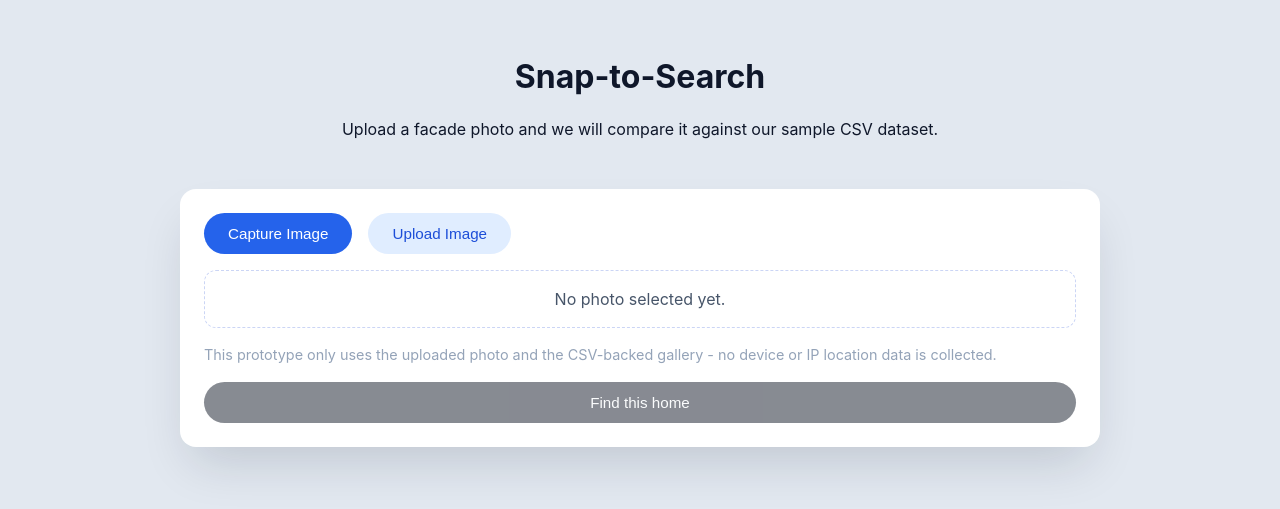
Repository: DeepthiD1/snap-to-search
Page: / (app in frontend/)
The author's editor kept a copy of each file at every save. The page is drawn from the files as they stood at one save, then again after the next save.
The browser window is 1280 px wide. The pictures show the whole page.
The page's requests for data from a server got no answer. The project was rebuilt for these pictures with package versions that can differ from the ones it lists, and the page was loaded fresh each time. No one was signed in, and anything a server would have sent is missing. Also part of the build but not shown: frontend/vite.config.ts.

Above is the page before, as saved 2026-01-06 15:33:48.

### frontend/src/index.css
* {
  box-sizing: border-box;
}

body {
  margin: 0;
  min-height: 100vh;
  background: #e2e8f0;
}

a {
  color: inherit;
}

img {
  display: block;
  max-width: 100%;
}

### frontend/src/App.tsx
import { useEffect, useMemo, useRef, useState } from 'react';
import './App.css';
import type { RankedMatchResult, SearchResponsePayload } from './types';

const API_BASE_URL = import.meta.env.VITE_API_BASE ?? 'http://localhost:4000';


interface UiState {
  loading: boolean;
  error?: string;
  info?: string;
}
interface DeviceLocation {
  latitude: number;
  longitude: number;
  accuracyMeters: number;
}


function App() {
  const sessionId = useMemo(() => self.crypto.randomUUID(), []);
  const uploadInputRef = useRef<HTMLInputElement>(null);
  const captureInputRef = useRef<HTMLInputElement>(null);
  const [deviceLocation, setDeviceLocation] = useState<DeviceLocation | null>(null);


  const [selectedFile, setSelectedFile] = useState<File | null>(null);
  const [previewUrl, setPreviewUrl] = useState<string | null>(null);
  const [uiState, setUiState] = useState<UiState>({ loading: false });
  const [matches, setMatches] = useState<RankedMatchResult[]>([]);
  const [candidateCount, setCandidateCount] = useState<number | null>(null);
  const [responseStatus, setResponseStatus] = useState<SearchResponsePayload['status'] | null>(null);
  const [nextActionToken, setNextActionToken] = useState<string | null>(null);

  useEffect(() => {
    return () => {
      if (previewUrl) {
        URL.revokeObjectURL(previewUrl);
      }
    };
  }, [previewUrl]);

  const resetResults = () => {
    setMatches([]);
    setCandidateCount(null);
    setResponseStatus(null);
    setNextActionToken(null);
  };

  const handleFileSelection = (file: File | null) => {
    resetResults();
    setUiState({ loading: false });

    if (!file) {
      if (previewUrl) {
        URL.revokeObjectURL(previewUrl);
      }
      setSelectedFile(null);
      setPreviewUrl(null);
      return;
    }

    setSelectedFile(file);
    const url = URL.createObjectURL(file);
    setPreviewUrl((prev) => {
      if (prev) URL.revokeObjectURL(prev);
      return url;
    });
  };
  const getDeviceLocation = () =>
  new Promise<DeviceLocation>((resolve, reject) => {
    if (!navigator.geolocation) {
      reject(new Error('Geolocation not supported'));
      return;
    }

    navigator.geolocation.getCurrentPosition(
      (pos) => {
        resolve({
          latitude: pos.coords.latitude,
          longitude: pos.coords.longitude,
          accuracyMeters: pos.coords.accuracy ?? 50,
        });
      },
      (err) => reject(err),
      { enableHighAccuracy: true, timeout: 8000, maximumAge: 60000 }
    );
  });


  const handleSubmit = async () => {
    if (!selectedFile) {
      return;
    }

    setMatches([]);
    setCandidateCount(null);
    setResponseStatus(null);
    setNextActionToken(null);
    setUiState({ loading: true, info: 'Comparing photo with dataset...' });

    try {
      let loc = deviceLocation;

if (!loc) {
  setUiState({ loading: true, info: 'Getting your location…' });
  try {
    loc = await getDeviceLocation();
    setDeviceLocation(loc);
    setUiState({ loading: true, info: 'Comparing photo with listings…' });

  } catch {
    setUiState({ loading: false, error: 'Please allow location access so we can search nearby listings.' });
    return;
  }
}

      const formData = new FormData();
      formData.append('photo', selectedFile, selectedFile.name || 'photo.jpg');
      formData.append('sessionId', sessionId);
      formData.append('deviceLatitude', String(loc.latitude));
formData.append('deviceLongitude', String(loc.longitude));
formData.append('deviceAccuracyMeters', String(loc.accuracyMeters));


      const response = await fetch(`${API_BASE_URL}/api/snap-to-search`, {
        method: 'POST',
        body: formData,
      });

      const payload = (await response.json()) as SearchResponsePayload & { nextActionToken?: string; error?: string };
      if (!response.ok) {
        throw new Error(payload.error ?? 'Failed to run search');
      }

      updateResults(payload);
    } catch (error) {
      setUiState({ loading: false, error: (error as Error).message });
    }
  };

  const handleExpand = async () => {
    if (!nextActionToken) {
      return;
    }
    setUiState({ loading: true, info: 'Re-scoring larger candidate set...' });
    try {
      const response = await fetch(`${API_BASE_URL}/api/snap-to-search/${nextActionToken}/expand`, {
        method: 'POST',
      });
      const payload = (await response.json()) as SearchResponsePayload & { error?: string };
      if (!response.ok) {
        throw new Error(payload.error ?? 'Failed to expand search');
      }
      updateResults(payload);
    } catch (error) {
      setUiState({ loading: false, error: (error as Error).message });
    }
  };

  const updateResults = (payload: SearchResponsePayload & { nextActionToken?: string }) => {
    setMatches(payload.matches ?? []);
    setCandidateCount(payload.candidateCount ?? null);
    setResponseStatus(payload.status);
    setNextActionToken(payload.nextActionToken ?? null);
    setUiState({
      loading: false,
      info: payload.status === 'expanded' ? 'Expanded dataset search applied' : undefined,
    });
  };

  const readyToSubmit = Boolean(selectedFile && !uiState.loading);

  return (
    <main className="app-shell">
      <header>
        <h1>Snap-to-Search</h1>
        <p>Upload a facade photo and we will compare it against our sample CSV dataset.</p>
      </header>

      <section className="capture-panel">
        <div className="button-row">
          <button type="button" onClick={() => captureInputRef.current?.click()} className="primary">
            Capture Image
          </button>
          <button type="button" onClick={() => uploadInputRef.current?.click()} className="secondary">
            Upload Image
          </button>
        </div>

        <input
          ref={captureInputRef}
          type="file"
          accept="image/*"
          capture="environment"
          hidden
          onChange={(event) => handleFileSelection(event.target.files?.[0] ?? null)}
        />
        <input
          ref={uploadInputRef}
          type="file"
          accept="image/*"
          hidden
          onChange={(event) => handleFileSelection(event.target.files?.[0] ?? null)}
        />

        {previewUrl ? (
          <div className="preview-card">
            <img src={previewUrl} alt="Selected home" />
            <div>
              <strong>Selected photo</strong>
              <p>{selectedFile?.name ?? 'Captured photo'}</p>
              <button type="button" className="text" onClick={() => handleFileSelection(null)}>
                Remove photo
              </button>
            </div>
          </div>
        ) : (
          <p className="placeholder">No photo selected yet.</p>
        )}

        <p className="hint">
          This prototype only uses the uploaded photo and the CSV-backed gallery - no device or IP location data is
          collected.
        </p>

        <button type="button" className="cta" disabled={!readyToSubmit} onClick={handleSubmit}>
          {uiState.loading ? 'Searching...' : 'Find this home'}
        </button>
        {uiState.error && <p className="error">{uiState.error}</p>}
        {uiState.info && <p className="info">{uiState.info}</p>}
      </section>

      {matches.length > 0 && (
        <section className="results-panel">
          <div className="results-header">
            <div>
              <h2>Top matches</h2>
              {candidateCount !== null && <p>{candidateCount} homes checked in the dataset.</p>}
            </div>
            {responseStatus && <span className="status-pill">{responseStatus}</span>}
          </div>

          <div className="matches-grid">
            {matches.map((match) => (
              <article key={match.propertyId} className="match-card">
                <img src={match.previewImageUrl} alt={match.addressLine} />
                <div className="match-body">
                  <h3>{match.addressLine}</h3>
                  <p>
                    Confidence: <strong>{match.confidenceLabel.replace('_', ' ')}</strong>
                  </p>
                  <ul>
                    {match.reasons.slice(0, 3).map((reason) => (
                      <li key={reason}>{reason}</li>
                    ))}
                  </ul>
                  <button type="button" className="primary ghost">
                    View listing
                  </button>
                </div>
              </article>
            ))}
          </div>

          <div className="results-actions">
            <button
              type="button"
              className="secondary"
              onClick={handleExpand}
              disabled={!nextActionToken || uiState.loading}
            >
              Not this - expand dataset
            </button>
            <button type="button" className="tertiary" onClick={() => window.location.reload()}>
              Start over
            </button>
          </div>
        </section>
      )}
    </main>
  );
}

export default App;

### frontend/src/App.css
:root {
  font-family: 'Inter', system-ui, -apple-system, BlinkMacSystemFont, 'Segoe UI', sans-serif;
  line-height: 1.5;
  color: #0f172a;
  background-color: #f4f6fb;
}

#root {
  max-width: 960px;
  margin: 0 auto;
  padding: 2rem 1.25rem 4rem;
}

main.app-shell {
  display: flex;
  flex-direction: column;
  gap: 2rem;
}

header {
  text-align: center;
}

header h1 {
  margin-bottom: 0.25rem;
}

.capture-panel,
.results-panel {
  background: #ffffff;
  border-radius: 16px;
  padding: 1.5rem;
  box-shadow: 0 25px 50px -12px rgba(15, 23, 42, 0.16);
}

.button-row {
  display: flex;
  gap: 1rem;
  flex-wrap: wrap;
}

button {
  border: none;
  border-radius: 999px;
  padding: 0.75rem 1.5rem;
  font-size: 0.95rem;
  cursor: pointer;
  transition: transform 0.15s ease, opacity 0.15s ease;
}

button:disabled {
  opacity: 0.5;
  cursor: not-allowed;
}

button.primary {
  background: #2563eb;
  color: #ffffff;
}

button.secondary {
  background: #e0edff;
  color: #1d4ed8;
}

button.tertiary {
  background: transparent;
  color: #1e293b;
  border: 1px dashed rgba(15, 23, 42, 0.2);
}

button.cta {
  width: 100%;
  margin-top: 1rem;
  background: #111827;
  color: #f8fafc;
}

button.primary.ghost {
  background: transparent;
  color: #1d4ed8;
  border: 1px solid #bfdbfe;
}

button.text {
  padding: 0;
  background: none;
  color: #2563eb;
}

.preview-card {
  margin-top: 1rem;
  display: flex;
  gap: 1rem;
  align-items: center;
  border: 1px solid #e2e8f0;
  border-radius: 12px;
  padding: 0.75rem;
}

.preview-card img {
  width: 96px;
  height: 96px;
  object-fit: cover;
  border-radius: 8px;
}

.placeholder {
  margin-top: 1rem;
  padding: 1rem;
  border: 1px dashed #cbd5f5;
  border-radius: 12px;
  text-align: center;
  color: #475569;
}

.location-panel {
  margin-top: 1.25rem;
  display: flex;
  justify-content: space-between;
  gap: 1rem;
  border: 1px solid #e2e8f0;
  border-radius: 12px;
  padding: 1rem;
}

.location-sources {
  margin-top: 0.5rem;
  font-size: 0.9rem;
  color: #475569;
  display: flex;
  flex-direction: column;
  gap: 0.2rem;
}

.location-sources p {
  margin: 0;
  display: flex;
  justify-content: space-between;
  gap: 0.75rem;
}

.location-sources span:first-child {
  font-weight: 600;
}

.error {
  color: #b91c1c;
  margin-top: 0.75rem;
}

.info {
  color: #0f766e;
  margin-top: 0.5rem;
}

.hint {
  margin: 0.75rem 0 0;
  font-size: 0.9rem;
  color: #94a3b8;
}

.results-header {
  display: flex;
  justify-content: space-between;
  align-items: center;
  gap: 1rem;
}

.matches-grid {
  margin-top: 1.5rem;
  display: grid;
  gap: 1.25rem;
}

.match-card {
  border: 1px solid #e2e8f0;
  border-radius: 14px;
  overflow: hidden;
  display: flex;
  flex-direction: column;
  background: #f8fafc;
}

.match-card img {
  width: 100%;
  height: 180px;
  object-fit: cover;
}

.match-body {
  padding: 1rem;
  display: flex;
  flex-direction: column;
  gap: 0.5rem;
}

.match-body ul {
  margin: 0;
  padding-left: 1.25rem;
  color: #475569;
}

.status-pill {
  text-transform: uppercase;
  font-size: 0.8rem;
  border-radius: 999px;
  padding: 0.2rem 0.75rem;
  background: #ecfeff;
  color: #0e7490;
}

.results-actions {
  margin-top: 1.5rem;
  display: flex;
  gap: 1rem;
  flex-wrap: wrap;
}

@media (min-width: 700px) {
  .matches-grid {
    grid-template-columns: repeat(2, 1fr);
  }
}

Loaded but not shown: frontend/index.html (common file); frontend/src/main.tsx (common file)

After the next save:
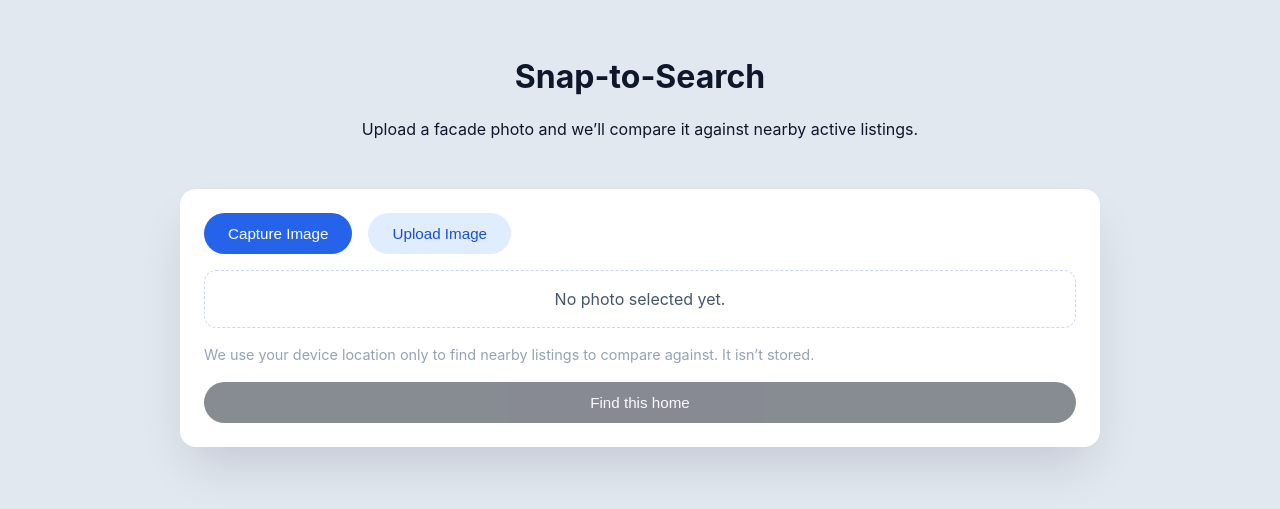
Saved 2 min 36 s later.
--- a/frontend/src/App.tsx
+++ b/frontend/src/App.tsx
@@ -3,27 +3,25 @@ import './App.css';
 import type { RankedMatchResult, SearchResponsePayload } from './types';
 
 const API_BASE_URL = import.meta.env.VITE_API_BASE ?? 'http://localhost:4000';
-
 
 interface UiState {
   loading: boolean;
   error?: string;
   info?: string;
 }
+
 interface DeviceLocation {
   latitude: number;
   longitude: number;
   accuracyMeters: number;
 }
 
-
 function App() {
   const sessionId = useMemo(() => self.crypto.randomUUID(), []);
   const uploadInputRef = useRef<HTMLInputElement>(null);
   const captureInputRef = useRef<HTMLInputElement>(null);
+
   const [deviceLocation, setDeviceLocation] = useState<DeviceLocation | null>(null);
-
-
   const [selectedFile, setSelectedFile] = useState<File | null>(null);
   const [previewUrl, setPreviewUrl] = useState<string | null>(null);
   const [uiState, setUiState] = useState<UiState>({ loading: false });
@@ -67,68 +65,75 @@ function App() {
       return url;
     });
   };
+
   const getDeviceLocation = () =>
-  new Promise<DeviceLocation>((resolve, reject) => {
-    if (!navigator.geolocation) {
-      reject(new Error('Geolocation not supported'));
-      return;
-    }
-
-    navigator.geolocation.getCurrentPosition(
-      (pos) => {
-        resolve({
-          latitude: pos.coords.latitude,
-          longitude: pos.coords.longitude,
-          accuracyMeters: pos.coords.accuracy ?? 50,
-        });
-      },
-      (err) => reject(err),
-      { enableHighAccuracy: true, timeout: 8000, maximumAge: 60000 }
-    );
-  });
-
+    new Promise<DeviceLocation>((resolve, reject) => {
+      if (!navigator.geolocation) {
+        reject(new Error('Geolocation not supported'));
+        return;
+      }
+
+      navigator.geolocation.getCurrentPosition(
+        (pos) => {
+          resolve({
+            latitude: pos.coords.latitude,
+            longitude: pos.coords.longitude,
+            accuracyMeters: pos.coords.accuracy ?? 50,
+          });
+        },
+        (err) => reject(err),
+        { enableHighAccuracy: true, timeout: 8000, maximumAge: 60000 }
+      );
+    });
 
   const handleSubmit = async () => {
-    if (!selectedFile) {
-      return;
-    }
-
-    setMatches([]);
-    setCandidateCount(null);
-    setResponseStatus(null);
-    setNextActionToken(null);
-    setUiState({ loading: true, info: 'Comparing photo with dataset...' });
+    if (!selectedFile) return;
+
+    resetResults();
+    setUiState({ loading: true, info: 'Preparing search…' });
 
     try {
       let loc = deviceLocation;
 
-if (!loc) {
-  setUiState({ loading: true, info: 'Getting your location…' });
-  try {
-    loc = await getDeviceLocation();
-    setDeviceLocation(loc);
-    setUiState({ loading: true, info: 'Comparing photo with listings…' });
-
-  } catch {
-    setUiState({ loading: false, error: 'Please allow location access so we can search nearby listings.' });
-    return;
-  }
-}
+      if (!loc) {
+        setUiState({ loading: true, info: 'Getting your location…' });
+        try {
+          loc = await getDeviceLocation();
+          setDeviceLocation(loc);
+        } catch {
+          setUiState({
+            loading: false,
+            error: 'Please allow location access so we can search nearby listings.',
+          });
+          return;
+        }
+      }
+
+      // Safety guard (keeps TS + runtime happy)
+      if (!loc) {
+        setUiState({ loading: false, error: 'Location unavailable.' });
+        return;
+      }
+
+      setUiState({ loading: true, info: 'Comparing photo with nearby listings…' });
 
       const formData = new FormData();
       formData.append('photo', selectedFile, selectedFile.name || 'photo.jpg');
       formData.append('sessionId', sessionId);
       formData.append('deviceLatitude', String(loc.latitude));
-formData.append('deviceLongitude', String(loc.longitude));
-formData.append('deviceAccuracyMeters', String(loc.accuracyMeters));
-
+      formData.append('deviceLongitude', String(loc.longitude));
+      formData.append('deviceAccuracyMeters', String(loc.accuracyMeters));
 
       const response = await fetch(`${API_BASE_URL}/api/snap-to-search`, {
         method: 'POST',
         body: formData,
       });
 
-      const payload = (await response.json()) as SearchResponsePayload & { nextActionToken?: string; error?: string };
+      const payload = (await response.json()) as SearchResponsePayload & {
+        nextActionToken?: string;
+        error?: string;
+      };
+
       if (!response.ok) {
         throw new Error(payload.error ?? 'Failed to run search');
       }
@@ -140,18 +145,21 @@ formData.append('deviceAccuracyMeters', String(loc.accuracyMeters));
   };
 
   const handleExpand = async () => {
-    if (!nextActionToken) {
-      return;
-    }
-    setUiState({ loading: true, info: 'Re-scoring larger candidate set...' });
+    if (!nextActionToken) return;
+
+    setUiState({ loading: true, info: 'Re-scoring larger candidate set…' });
+
     try {
       const response = await fetch(`${API_BASE_URL}/api/snap-to-search/${nextActionToken}/expand`, {
         method: 'POST',
       });
+
       const payload = (await response.json()) as SearchResponsePayload & { error?: string };
+
       if (!response.ok) {
         throw new Error(payload.error ?? 'Failed to expand search');
       }
+
       updateResults(payload);
     } catch (error) {
       setUiState({ loading: false, error: (error as Error).message });
@@ -165,7 +173,7 @@ formData.append('deviceAccuracyMeters', String(loc.accuracyMeters));
     setNextActionToken(payload.nextActionToken ?? null);
     setUiState({
       loading: false,
-      info: payload.status === 'expanded' ? 'Expanded dataset search applied' : undefined,
+      info: payload.status === 'expanded' ? 'Expanded nearby search applied' : undefined,
     });
   };
 
@@ -175,7 +183,7 @@ formData.append('deviceAccuracyMeters', String(loc.accuracyMeters));
     <main className="app-shell">
       <header>
         <h1>Snap-to-Search</h1>
-        <p>Upload a facade photo and we will compare it against our sample CSV dataset.</p>
+        <p>Upload a facade photo and we’ll compare it against nearby active listings.</p>
       </header>
 
       <section className="capture-panel">
@@ -220,13 +228,13 @@ formData.append('deviceAccuracyMeters', String(loc.accuracyMeters));
         )}
 
         <p className="hint">
-          This prototype only uses the uploaded photo and the CSV-backed gallery - no device or IP location data is
-          collected.
+          We use your device location only to find nearby listings to compare against. It isn’t stored.
         </p>
 
         <button type="button" className="cta" disabled={!readyToSubmit} onClick={handleSubmit}>
           {uiState.loading ? 'Searching...' : 'Find this home'}
         </button>
+
         {uiState.error && <p className="error">{uiState.error}</p>}
         {uiState.info && <p className="info">{uiState.info}</p>}
       </section>
@@ -236,7 +244,7 @@ formData.append('deviceAccuracyMeters', String(loc.accuracyMeters));
           <div className="results-header">
             <div>
               <h2>Top matches</h2>
-              {candidateCount !== null && <p>{candidateCount} homes checked in the dataset.</p>}
+              {candidateCount !== null && <p>{candidateCount} nearby homes checked.</p>}
             </div>
             {responseStatus && <span className="status-pill">{responseStatus}</span>}
           </div>
@@ -270,7 +278,7 @@ formData.append('deviceAccuracyMeters', String(loc.accuracyMeters));
               onClick={handleExpand}
               disabled={!nextActionToken || uiState.loading}
             >
-              Not this - expand dataset
+              Not this — expand search
             </button>
             <button type="button" className="tertiary" onClick={() => window.location.reload()}>
               Start over
